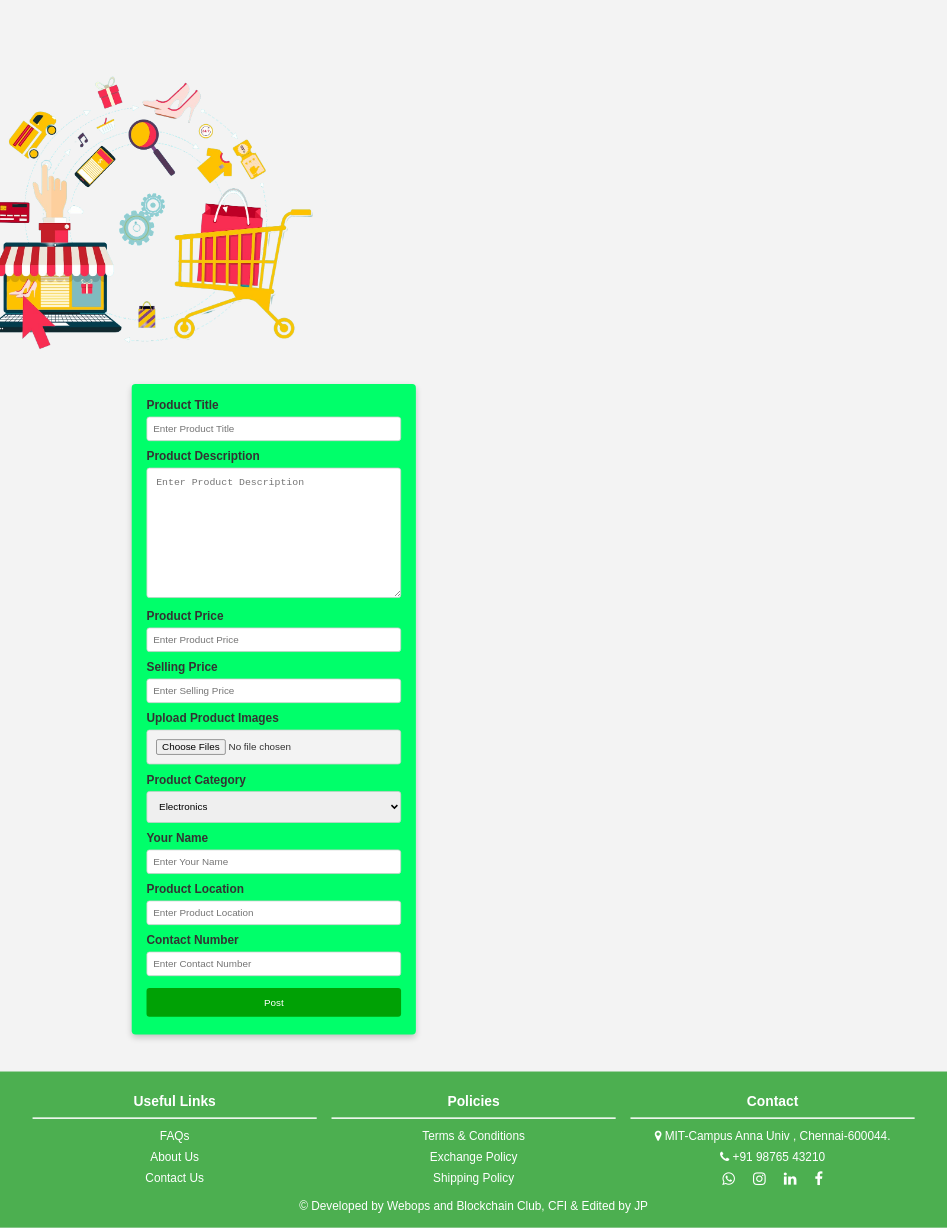
Repository: John-Prabu-A/web-dev-summer-school
Page: Session_1_Assignment/sell.html
These files come from the project's save history. The page is drawn as it stood at one moment and after the next save; the edit follows.
The browser window is 1280 px wide. The pictures show the whole page, at 74% of full size.

Above is the page before, as saved 2024-06-20 15:31:39.

### Session_1_Assignment/sell.html
<!DOCTYPE html>
<html lang="en">

<head>
    <meta charset="UTF-8">
    <meta name="viewport" content="width=device-width, initial-scale=1.0">
    <title>InstiOLX</title>
    <link rel="stylesheet" href="Styles.css">
    <link rel="stylesheet" href="https://cdnjs.cloudflare.com/ajax/libs/font-awesome/4.7.0/css/font-awesome.min.css">

    <style>
        body {
            font-family: Arial, Helvetica, sans-serif;
            background-color: #f3f3f3;
        }

        img {
            position: relative;
            right: 10dvw;
            top: 10dvh;
            width: 50dvw;
            height: auto;
        }

        .container {
            padding: 16px;
            background-color: white;
            position: relative;
            left: 10dvw;
            margin: 50px;
            width: 30%;
            border-radius: 10px;
            box-shadow: 0 4px 8px 0 rgba(0, 0, 0, 0.2);
        }

        input[type=text],
        select,
        textarea {
            width: 100%;
            padding: 8px;
            border: 1px solid #ccc;
            border-radius: 4px;
            box-sizing: border-box;
            margin-top: 6px;
            margin-bottom: 12px;
            resize: vertical;
        }

        button {
            background-color: #00a105;
            color: white;
            padding: 12px 20px;
            margin: 4px 0;
            border: none;
            border-radius: 4px;
            cursor: pointer;
            width: 100%;
        }

        button:hover {
            background-color: #007506;
        }

        .container {
            border-radius: 5px;
            background-color: #00ff6a;
            padding: 20px;
        }

        .container label {
            font-weight: bold;
        }

        .container select {
            width: 100%;
            padding: 12px;
            border: 1px solid #ccc;
            border-radius: 4px;
            box-sizing: border-box;
            margin-top: 6px;
            margin-bottom: 12px;
            resize: vertical;
        }

        .container textarea {
            width: 100%;
            padding: 12px;
            border: 1px solid #ccc;
            border-radius: 4px;
            box-sizing: border-box;
            margin-top: 6px;
            margin-bottom: 12px;
            resize: vertical;
        }

        .container input[type=file] {
            width: 100%;
            padding: 12px;
            border: 1px solid #ccc;
            background-color: #f3f3f3;
            border-radius: 4px;
            box-sizing: border-box;
            margin-top: 6px;
            margin-bottom: 12px;
            resize: vertical;
        }
    </style>
</head>

<body>
    <img src="/Session_1_Assignment/sell-page-bg.png" alt="sell-page-image">
    <form action="" class="container" method="post">
        <label for="product-title"><b>Product Title</b></label>
        <input type="text" placeholder="Enter Product Title" name="product-title" required>

        <Lable for="product-description"><b>Product Description</b></Lable>
        <textarea name="product-description" id="product-description" cols="30" rows="10"
            placeholder="Enter Product Description" required></textarea>

        <label for="product-price"><b>Product Price</b></label>
        <input type="text" placeholder="Enter Product Price" name="product-price" required>

        <label for="selling-price"><b>Selling Price</b></label>
        <input type="text" placeholder="Enter Selling Price" name="selling-price" required>

        <!-- multiple photo upload -->
        <label for="product-image"><b>Upload Product Images</b></label>
        <input type="file" name="product-image" id="product-image" multiple required>

        <label for="product-category"><b>Product Category</b></label>
        <select name="product-category" id="product-category" required>
            <option value="electronics">Electronics</option>
            <option value="furniture">Furniture</option>
            <option value="vehicles">Vehicles</option>
            <option value="clothing">Clothing</option>
            <option value="books">Books</option>
            <option value="miscellaneous">Miscellaneous</option>
            <option value="other">Other</option>
        </select>

        <label for="seller-name"><b>Your Name</b></label>
        <input type="text" placeholder="Enter Your Name" name="seller-name" required>

        <label for="product-location"><b>Product Location</b></label>
        <input type="text" placeholder="Enter Product Location" name="product-location" required>

        <label for="product-contact"><b>Contact Number</b></label>
        <input type="text" placeholder="Enter Contact Number" name="product-contact" required>

        <button type="submit">Post</button>
    </form>
    <footer class="footer">
        <div class="footer-container">
            <div class="footer-column">
                <h3>Useful Links</h3>
                <ul>
                    <li><a href="#">FAQs</a></li>
                    <li><a href="#">About Us</a></li>
                    <li><a href="#">Contact Us</a></li>
                </ul>
            </div>
            <div class="footer-column">
                <h3>Policies</h3>
                <ul>
                    <li><a href="#">Terms & Conditions</a></li>
                    <li><a href="#">Exchange Policy</a></li>
                    <li><a href="#">Shipping Policy</a></li>
                </ul>
            </div>
            <div class="footer-column">
                <h3>Contact</h3>
                <p><i class="fa fa-map-marker"></i> MIT-Campus Anna Univ , Chennai-600044.</p>
                <p><i class="fa fa-phone"></i> +91 98765 43210</p>
                <div class="social-icons">
                    <a href="#" class="fa fa-whatsapp"></a>
                    <a href="#" class="fa fa-instagram"></a>
                    <a href="#" class="fa fa-linkedin"></a>
                    <a href="#" class="fa fa-facebook"></a>
                </div>
            </div>
            © Developed by Webops and Blockchain Club, CFI & Edited by JP
        </div>
    </footer>
</body>

</html>

### Session_1_Assignment/Styles.css
* {
    box-sizing: border-box;
    margin: 0;
    padding: 0;
}

body {
    font-family: 'Gill Sans', 'Gill Sans MT', Calibri, 'Trebuchet MS', sans-serif;
    background-color: white;
    color: #333;
}

header{
    background-color: #4CAF50;
    color: white;
    padding: 20px;
    display: flex;
    justify-content: space-between;
    align-items: center;
    position: fixed;
    width: 100%;
    z-index: 100;
  }
  header #logo {
    font-size: 2em;
  }

  header .navbar a{
    color: white;
    font-weight: bold;
    font-size: 18px;
    padding: 12px 15px;
    text-decoration: none;
  }
  header .navbar a:hover{
    background-color: #45a049;
  }
.banner {
    position: relative;
    padding: 60px 0 0 0;
}

.banner img {
    width: 100%;
}

.search-bar {
    margin: 20px;
    display: flex;
    justify-content: center;
}

.search-bar input[type="text"] {
    width: 300px;
    padding: 10px;
    border: 2px solid #4CAF50;
    border-radius: 5px 0 0 5px;
    border-right: 0;
    outline: none;             /*On starting to type it creates balck border by default,so to avoid it v use this*/
}

.search-bar button {
    padding: 10px 20px;
    border: 2px solid #4CAF50;
    border-left: 0;
    background-color: #4CAF50;
    color: white;
    cursor: pointer;
    border-radius: 0 5px 5px 0;
}

.search-bar button:hover {
    background-color: #45a049;
}

.slideshow-container {
    display: flex;
    justify-content: center;
    gap: 50px;
    flex-wrap: wrap;
}

.slideshow {
    position: relative;
    width: 350px;
    height: 350px;
    overflow: hidden;
    border-radius: 20px;
    border: 2px solid #ddd;
    box-shadow: 0 0 10px rgba(0, 0, 0, 0.1);
}

.slideshow-image {
    position: absolute;
    width: 100%;
    height: 100%;
    background-size: cover;
    opacity: 0;
    animation-iteration-count: infinite;
}

.image1 { background-image: url('https://encrypted-tbn0.gstatic.com/images?q=tbn:ANd9GcQVwGVsuaL7RGKo6A_Sqq83s5_6XYFMhHsjug&s');
          animation-name: fade1;
          animation-duration: 4s; }
.image2 { background-image: url('https://5.imimg.com/data5/WS/NI/FV/SELLER-11710265/mad-maxx-bicycles-avengers-single-kids-cycle-500x500.jpg');
          animation-name: fade2;
          animation-duration: 4s; }
.image3 { background-image: url('https://5.imimg.com/data5/SELLER/Default/2022/7/YX/MH/UK/153492086/pulsar-150cc-twin-disk-500x500.png');
          animation-name: fade3;
          animation-duration: 4s; }
.image4 { background-image: url('https://cpimg.tistatic.com/07673503/b/4/Toyota-Innova-Crysta.jpg');
          animation-name: fade1;
          animation-duration: 4s; }
.image5 { background-image: url('https://tiimg.tistatic.com/fp/1/007/862/most-advanced-modern-premium-lg-7-kg-front-fully-automatic-washing-machine-255.jpg');
          animation-name: fade2;
          animation-duration: 4s; }
.image6 { background-image: url('https://5.imimg.com/data5/SELLER/Default/2022/3/MI/KE/UL/19250422/whirlpool-1-0-ton-3-star-inverter-split-ac-500x500.jpg');
          animation-name: fade3;
          animation-duration: 4s; }
.image7 { background-image: url('https://5.imimg.com/data5/SELLER/Default/2021/8/HZ/XR/AC/8962391/household-vacuum-cleaner-500x500.jpg');
          animation-name: fade1;
          animation-duration: 4s; }
.image8 { background-image: url('https://static.nbastore.in/resized/500X500/50/nba-authentic-series-indoor-outdoor-basketball-size-7-brown-65146fd7e6af2.jpg');
          animation-name: fade2;
          animation-duration: 4s; }
.image9 { background-image: url('https://m.media-amazon.com/images/I/61KOc8c4xQL._SL1200_.jpg');
          animation-name: fade3;
          animation-duration: 4s; }

@keyframes fade1 {
    0%, 33.33% { opacity: 1; }
    33.34%, 100% { opacity: 0; }
}
@keyframes fade2 {
    0%, 33.33% { opacity: 0; }
    33.34%, 66.66% { opacity: 1; }
    66.67%, 100% { opacity: 0; }
}
@keyframes fade3 {
    0%, 66.66% { opacity: 0; }
    66.67%, 100% { opacity: 1; }
}

.container {
    position: relative;
    max-width: 100%;
  }

    .image {
        opacity: 1;
        display: block;
        width: 100%;
        height: auto;
    }

  .middle {
    opacity: 0;
    position: absolute;
    top: 50%;
    left: 50%;
    transform: translate(-50%, -50%);
    text-align: center;
  }
  .text {
    color: #4CAF50;
    font-size: 16px;
    padding: 16px 32px;
    font-weight: bold;
  }
  .container:hover .image {
    opacity: 0.3;
  }

  .container:hover .middle {
    opacity: 1;
  }


.product-listings {
    display: flex;
    flex-wrap: wrap;
    justify-content: center;
    margin: 20px;
    border: 5px solid #4CAF50;
    border-radius: 15px;
    padding: 25px;
}

.product {
    background-color: white;
    border: 2px solid #e0e0e0;
    border-radius: 10px;
    margin: 30px;
    padding: 15px;
    width: 220px;
    text-align: center;
    transition: transform 0.5s, box-shadow 0.3s;
}

.product:hover {
    box-shadow: 0 4px 8px rgba(0, 0, 0, 0.2);
    transform: scale(1.05);
}

.product img {
    max-width: 100%;
    border-bottom: 1px solid #e0e0e0;
    margin-bottom: 10px;
}

.product-info h2 {
    font-size: 1.2em;
    margin-bottom: 10px;
    color: #4CAF50;
}

.product-info p {
    font-size: 1em;
    color: #777;
}

.footer {
    background-color: #4CAF50;
    color: white;
    text-align: center;
    padding: 20px 0;
    margin-top: 40px;
}

.footer-container {
    display: flex;
    flex-wrap: wrap;
    justify-content: center;
}

.footer-column {
    width: 30%;
    margin: 10px;
}

.footer-column h3 {
    border-bottom: 2px solid #fff;
    padding-bottom: 10px;
    margin-bottom: 15px;
}

.footer-column ul {
    list-style-type: none;
}

.footer-column ul li {
    margin: 10px ;
}

.footer-column ul li a {
    color: white;
    text-decoration: none;
}

.footer-column p {
    margin-top: 10px;
}

.footer-column .social-icons {
    margin-top: 10px;
}

.footer-column .social-icons a {
    color: white;
    text-decoration: none;
    margin: 0 10px;
    font-size: 20px;
}

After the next save:
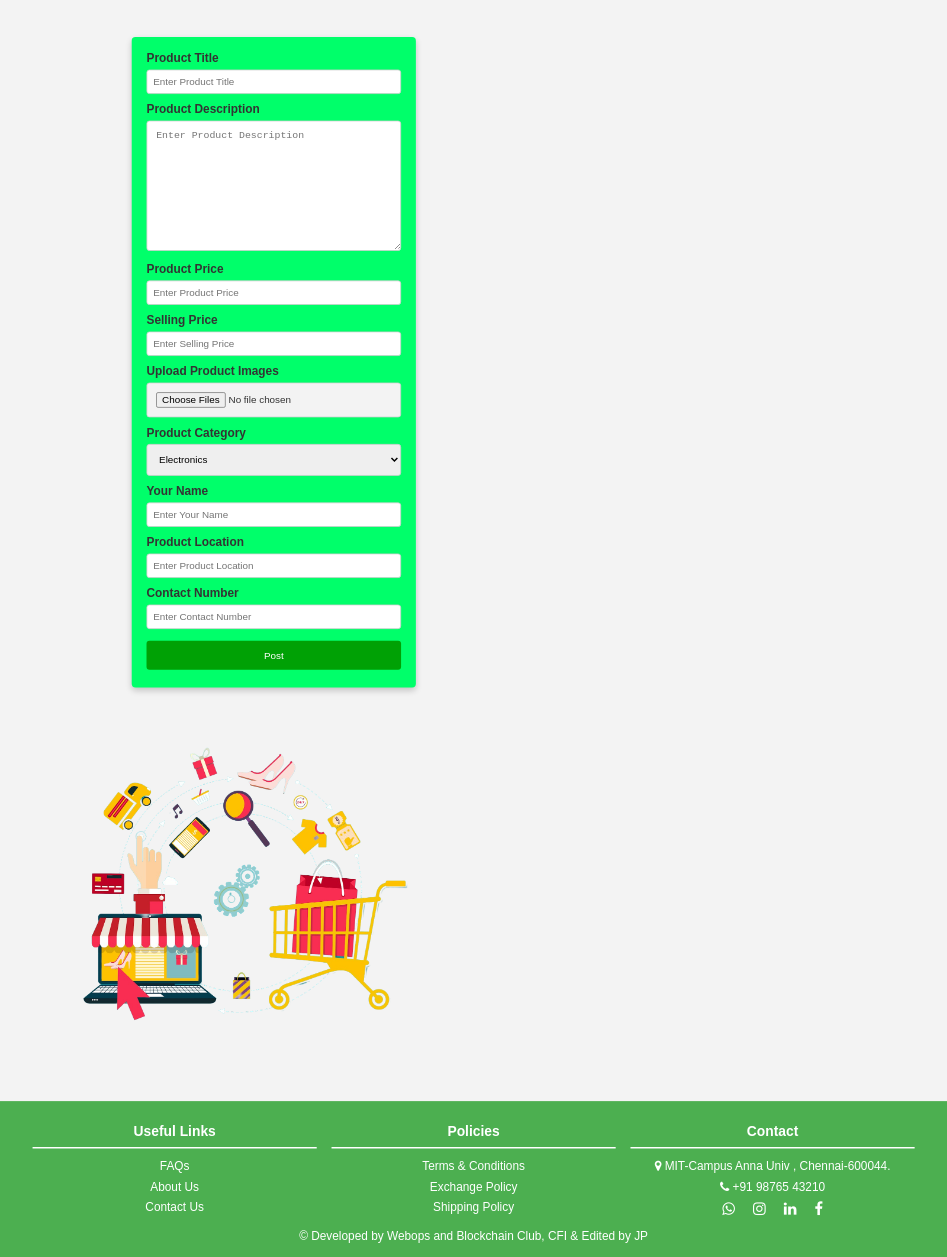
Saved 38 s later.
--- a/Session_1_Assignment/sell.html
+++ b/Session_1_Assignment/sell.html
@@ -15,6 +15,7 @@
         }
 
         img {
+            display:inline-block
             position: relative;
             right: 10dvw;
             top: 10dvh;
@@ -108,7 +109,6 @@
 </head>
 
 <body>
-    <img src="/Session_1_Assignment/sell-page-bg.png" alt="sell-page-image">
     <form action="" class="container" method="post">
         <label for="product-title"><b>Product Title</b></label>
         <input type="text" placeholder="Enter Product Title" name="product-title" required>
@@ -149,6 +149,7 @@
 
         <button type="submit">Post</button>
     </form>
+    <img src="/Session_1_Assignment/sell-page-bg.png" alt="sell-page-image">
     <footer class="footer">
         <div class="footer-container">
             <div class="footer-column">
